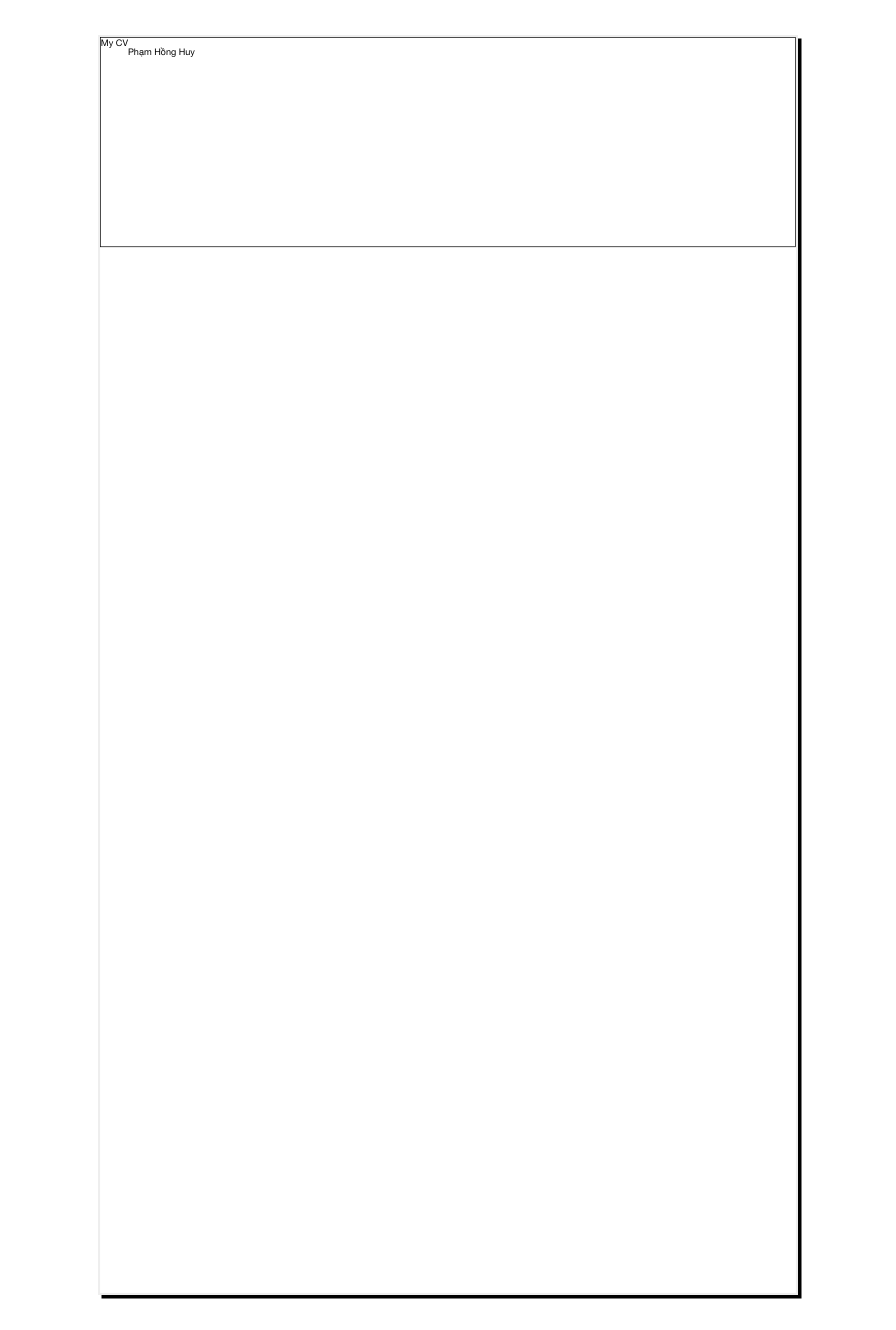
Repository: phamhonghuy/bookstore
Page: index.html
The author's editor kept a copy of each file at every save. The page is drawn from the files as they stood at one save, then again after a run of saves.
The browser window is 1280 px wide. The pictures show the whole page, at 70% of full size.

Above is the page before, as saved 2021-10-08 23:09:14.

After the next 3 saves:
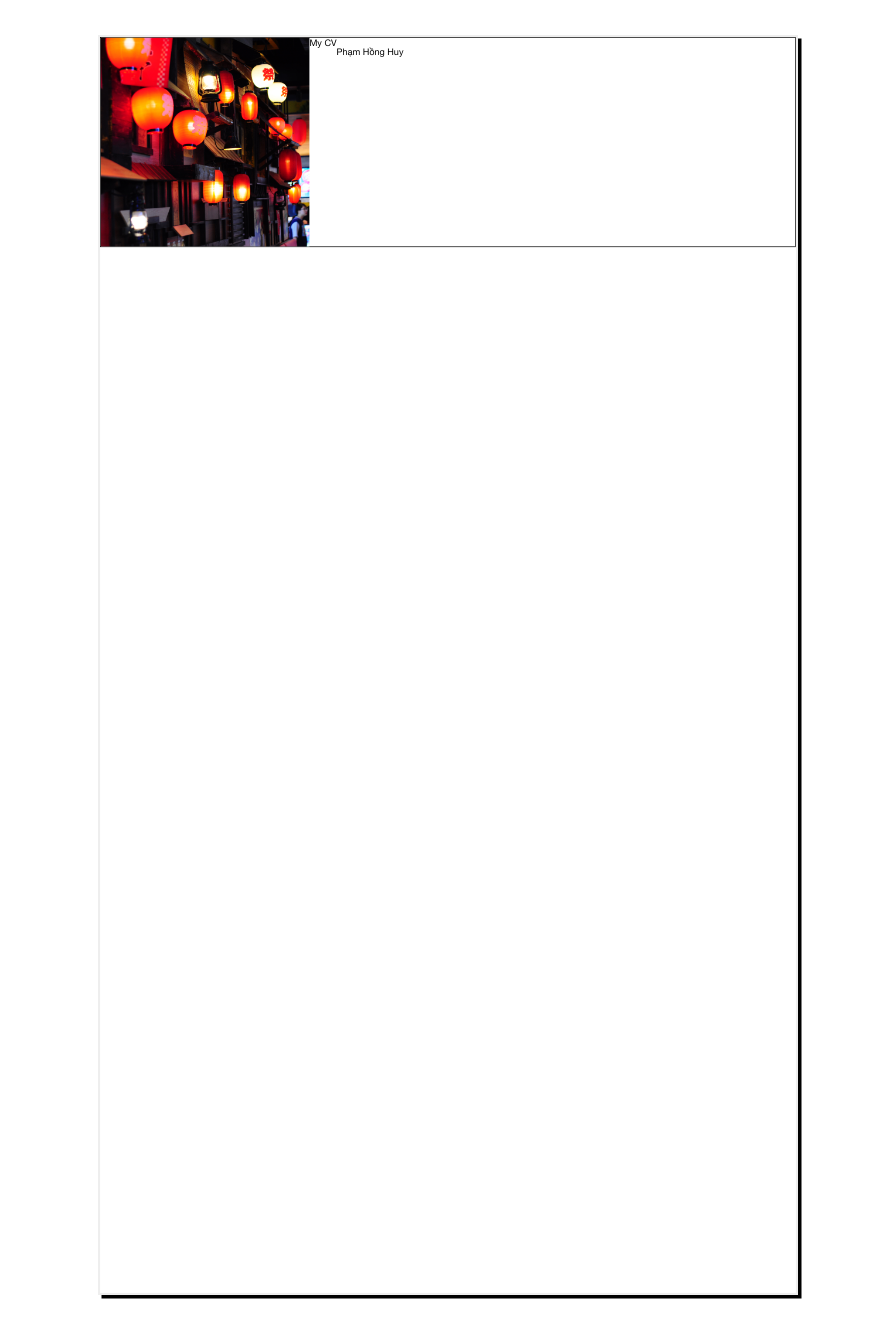
The 3 saves are shown as one change because they came seconds apart.
The last was saved 2 min 59 s later.
--- a/index.html
+++ b/index.html
@@ -10,7 +10,7 @@
     </head>
     <body>
         <div class='header'>
-            <img src=""
+            <img src="/image/Avatar.jpg"
             <h1>My CV</h1>
             <p id="name">Phạm Hồng Huy</p>
 

After the 2 saves that followed:
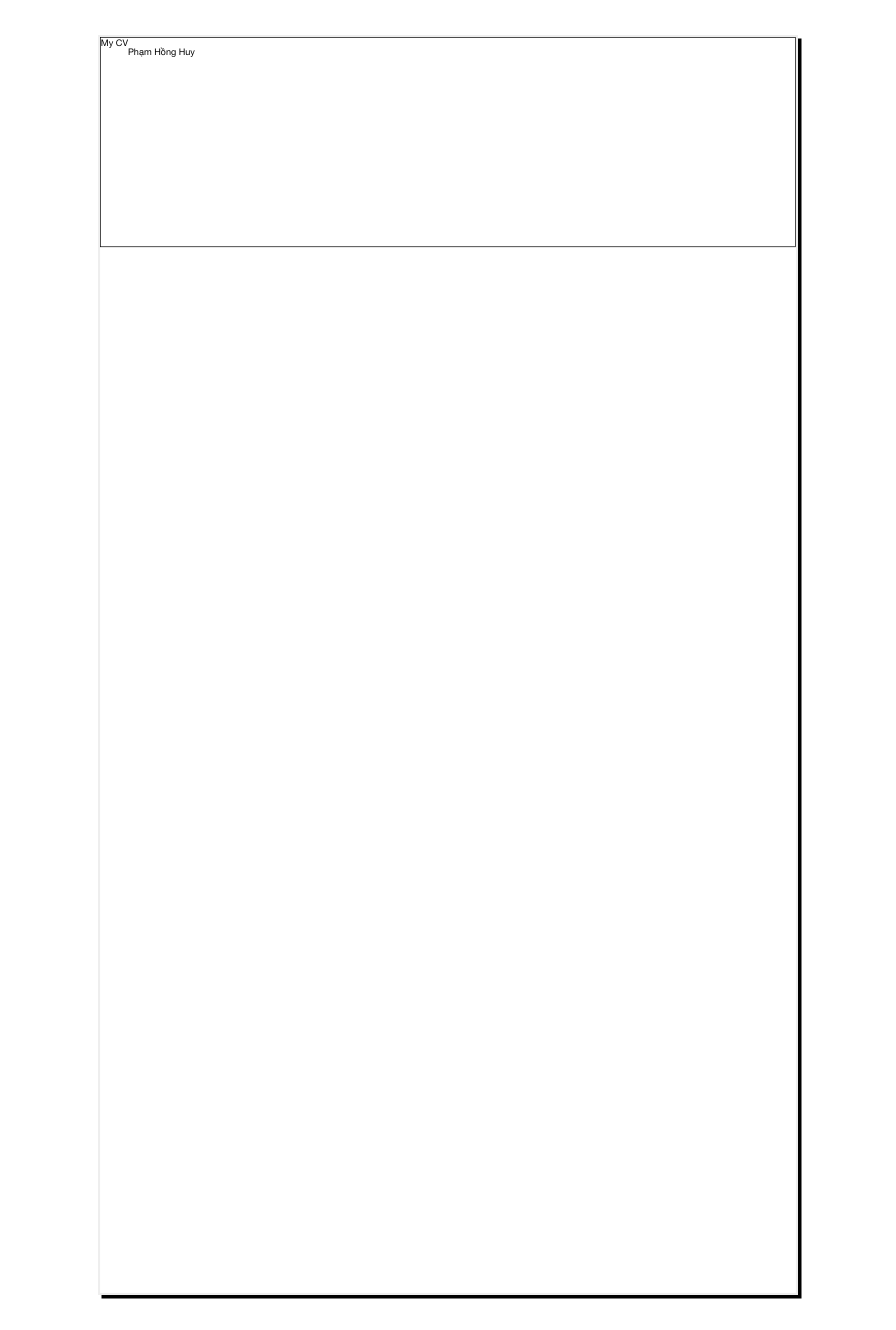
The 2 saves are shown as one change because 1 left the picture as it was.
The last was saved 13 s later.
--- a/index.html
+++ b/index.html
@@ -10,7 +10,7 @@
     </head>
     <body>
         <div class='header'>
-            <img src="/image/Avatar.jpg"
+            <img isrc="/image/Avatar.jpg"
             <h1>My CV</h1>
             <p id="name">Phạm Hồng Huy</p>
 
